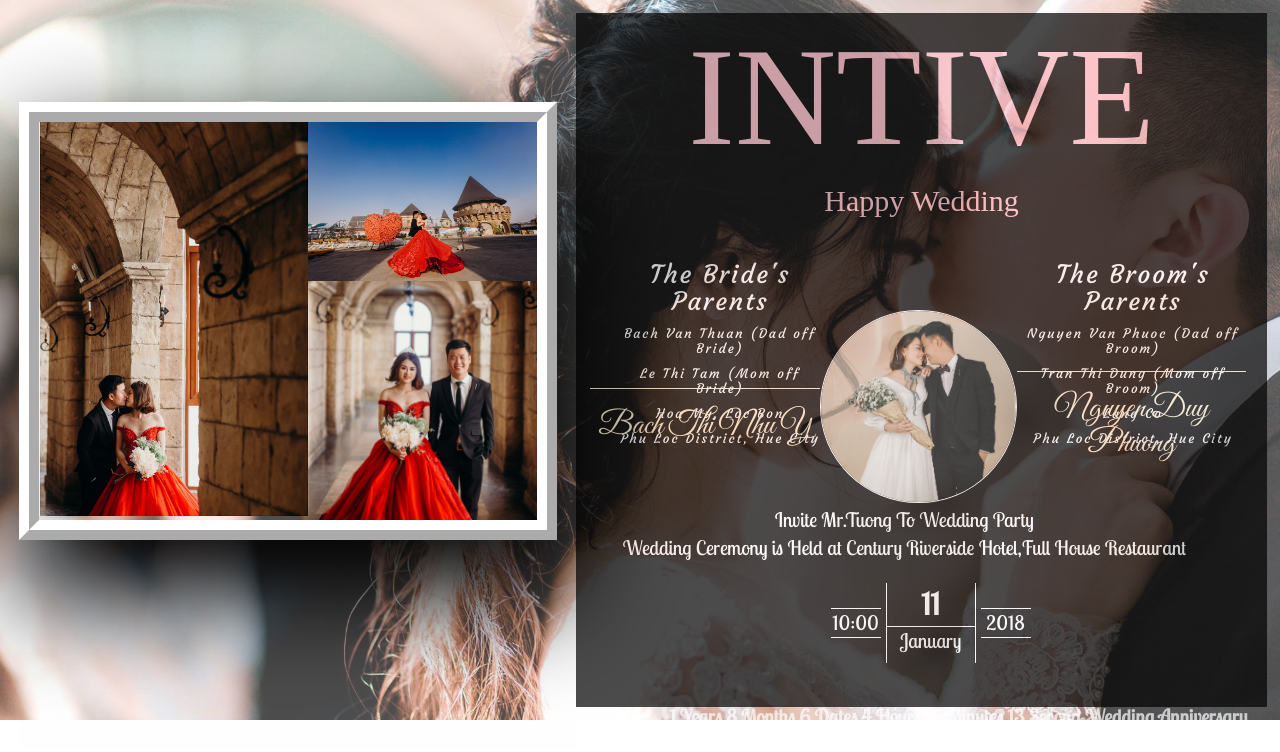
Repository: nguyenhuutuong999/WeddingOfSister
Page: index.html
An editor plug-in stored every save of this project. The page is shown before and after a run of saves, followed by the edit.
The browser window is 1280 px wide. The pictures show the whole page.
Some web fonts or font styles are not loaded; a fallback is used.

Above is the page before, as saved 2019-09-21 09:15:02.

After the next 3 saves:
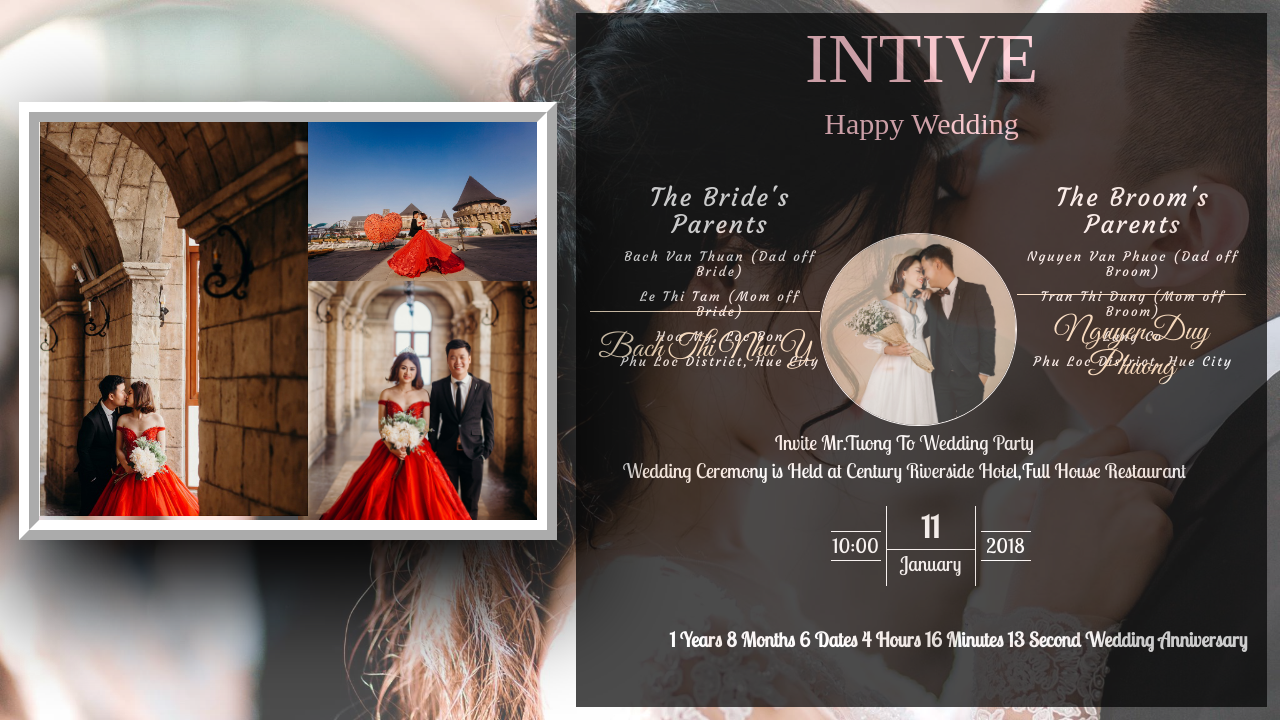
The 3 saves are shown as one change because they came seconds apart.
The last was saved 9 s later.
--- a/style.css
+++ b/style.css
@@ -72,7 +72,7 @@ body,html{
     font-family: 'Berkshire Swash', cursive;
     color: pink;
     text-align: center;
-    font-size: 1000%;
+    font-size: 500%;
     margin-top: 1%;
 }
 #happy{
